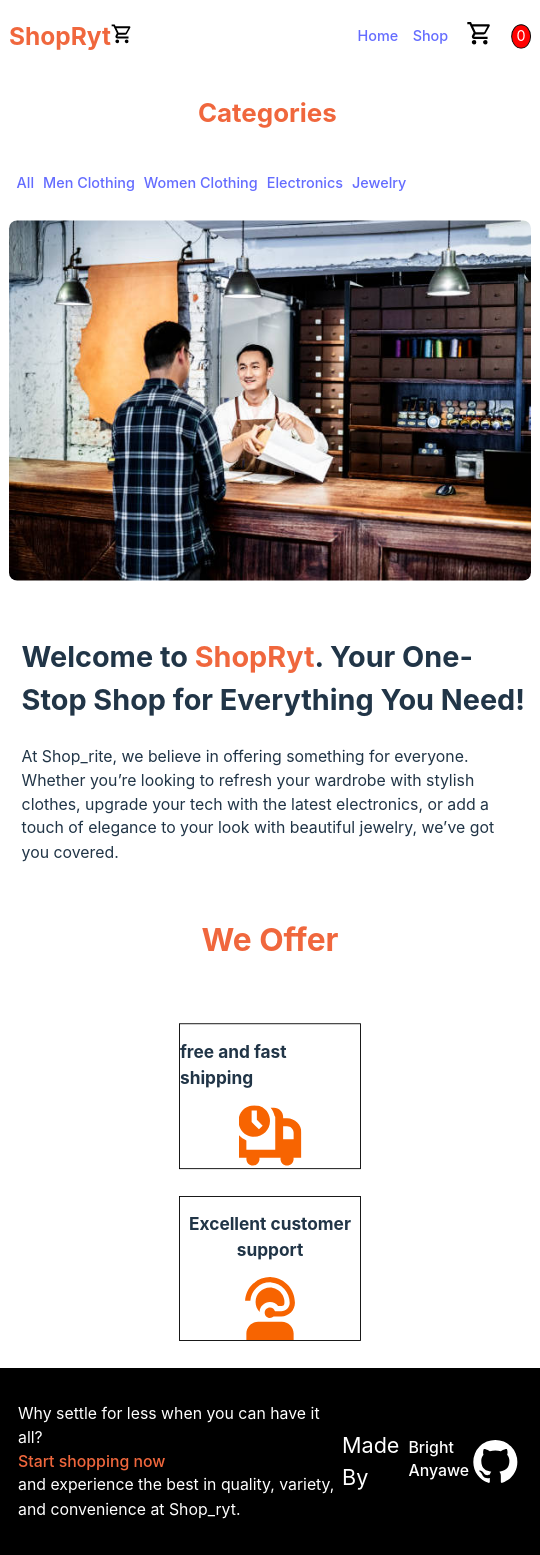
Repository: Bright-Anyawe/Shopping_cart
Page: /
The author's editor kept a copy of each file at every save. The page is drawn from the files as they stood at one save, then again after the next save.
The browser window is 600 px wide. The pictures show the whole page, at 90% of full size.
The page's requests for data from a server got no answer. The project was rebuilt for these pictures with package versions that can differ from the ones it lists, and the page was loaded fresh each time. No one was signed in, and anything a server would have sent is missing. Also part of the build but not shown: vite.config.js, src/Components/Layout/Shop.jsx, src/Components/Categories/MenClothing.jsx, src/Components/Categories/WomenClothing.jsx, src/Components/Categories/Electronics.jsx, src/Components/Categories/Jewelry.jsx, src/Components/Features/Delete.jsx, src/Components/Layout/Quantity Summery.jsx.

Above is the page before, as saved 2024-10-28 17:09:42.

### index.html
<!doctype html>
<html lang="en">
    <head>
        <meta charset="UTF-8">
        <link rel="icon" type="image/svg+xml" href="/vite.svg">
        <link rel="preconnect" href="https://fonts.googleapis.com">
        <link rel="preconnect" href="https://fonts.gstatic.com" crossorigin>
        <link href="https://fonts.googleapis.com/css2?family=Roboto:ital,wght@0,100;0,300;0,400;0,500;0,700;0,900;1,100;1,300;1,400;1,500;1,700;1,900&display=swap" rel="stylesheet">
        <meta name="viewport" content="width=device-width, initial-scale=1.0">
        <title>Vite + React</title>
    </head>
    <body>
        <div id="root"></div>
        <script type="module" src="/src/main.jsx"></script>
    </body>
</html>

### src/main.jsx
import { StrictMode } from "react";
import { createRoot } from "react-dom/client";
import { createBrowserRouter, RouterProvider } from "react-router-dom";
import routes from "./Components/Layout/Routes";
const router = createBrowserRouter(routes);
import "./Components/Styles/index.css"
import "./Components/Styles/App.css"
import './Components/Styles/layout.css'



createRoot(document.getElementById("root")).render(
  <StrictMode>
    <RouterProvider router={router} />
  </StrictMode>
);

### src/Components/Layout/Routes.jsx
import App from "./App";
import HomePage from "./Homepage.jsx";
import Shop from "./Shop.jsx";
// import About from "../Pages/About";
// import Help from "../Pages/Help";
// import Contact from "../Pages/Contact";
// import Faq from "../Pages/Faq";

import MenClothing from "../Categories/MenClothing"; // import { element } from "prop-types";
import WomenClothing from "../Categories/WomenClothing";
import Electronics from "../Categories/Electronics";
import Jewelry from "../Categories/Jewelry";
import QuantitySummery from "./Quantity Summery.jsx";

const routes = [
  {
    path: "/",
    element: <App />,
    // ErrorElement: <ErrorPage />,
    children: [
      { element: <HomePage />, index: true },
      { path: "shop", element: <Shop /> },
      { path: "menClothing", element: <MenClothing /> },
      { path: "womenClothing", element: <WomenClothing /> },
      { path: "electronics", element: <Electronics /> },
      { path: "jewelry", element: <Jewelry /> },
      { path: "quantitySummery", element: <QuantitySummery /> },
    ],
  },
];

export default routes;

### src/Components/Styles/layout.css
@media (max-width: 500px) {
  div.root-layout {
    display: grid;
    grid-template-columns: 100%;
    grid-template-rows: 80px;
  }

  #root header {
    grid-area: 1 / 1 / 2;
    /* display: grid; */
    grid-template-columns: 300px 780px;
    padding: 14px 10px;
    /* position: fixed; */
    /* gap: 0 43rem; */
    /* gap: 36rem; */
  }

  #root header h1 {
    grid-area: 1 / 1 / 2 / 2;
    font-size: 1.7rem;
  }

  nav.navLinks {
    display: flex;
    gap: 1rem;
    font-size: 1rem;
    align-items: center;
  }

  section.categoriesContainer {
    grid-row: 1 / 3;
    display: flex;
    flex-wrap: wrap;
    flex-direction: column;
    justify-content: center;
    align-items: start;
  }

  main aside {
    display: flex;
    flex-direction: column;
    flex-wrap: wrap;
    justify-content: center;
    gap: 20px;
    width: 99%;
    /* margin: 40px 0; */
  }

  nav.asideNavContainer {
    max-width: 460px;
    display: flex;
    flex-wrap: wrap;
  }

  ul.itemsContainer {
    display: flex;
    flex-wrap: wrap;
    flex-direction: row;
    justify-content: space-evenly;
    align-items: center;
    margin: 0 0 0 10px;
    font-size: 1rem;
    padding: 0;
    gap: 10px;
    max-width: 460px;
  }

  ul.itemsContainer li a {
    width: 100%;
    display: flex;
    flex-wrap: wrap;
  }

  #root header nav {
    grid-area: 1 / 2 / 2 / 3;
  }

  h1.headText svg {
    width: 25px;
  }

  div.root-layout main {
    grid-area: 2 / 1/ 9 / 4;
    display: flex;
    flex-direction: column;
    grid-template-columns: auto;
    grid-template-rows: 150px;
    gap: 20px;
  }

  div.homeHeadText {
    padding: 4px;
    width: 100%;
  }

  div.welcomePageContainer {
    display: flex;
    padding: 20px;
    flex-direction: column;
    /* background-image: url(src/assets/person_holding_red_shirt.jpg); */
  }

  div.welcomePageContainer h2 {
    font-size: 2rem;
  }

  div.welcomePageContainer p {
    font-size: 1.1rem;
  }

  div.shoppingMallPicture {
    background-image: url(../../assets/perosn_selling_to_client.jpg);
    height: 400px;
    background-size: 100% 100%;
    background-position: center;
    object-fit: contain;
    object-position: 50% 50%;
    border-radius: 9px;
    margin: 10px;
  }

  div.homePageContainer {
    max-width: 430px;
    display: flex;
    flex-direction: column;
    justify-content: center;
  }

  div.homePageImageContainer {
    width: 100%;
    height: auto;
    background-image: url("src/assets/Items_In_cart.jpg");

    background-size: 100% 100%;
    /* background-position: ; */
    background-position: center;

    object-fit: contain;
    object-position: 50% 50%;
    border-radius: 9px;
  }

  div.ourOfferContainer {
    display: flex;
    flex-direction: column;
    gap: 50px;
    /* align-items: center; */
    /* justify-content: center; */
  }

  div.ourOfferSubContainer {
    display: flex;
    flex-direction: column;
    justify-content: space-between;
    align-items: center;
    padding-inline: 100px;
    gap: 30px;
    margin: 0 0 30px 0;
  }

  h1.offerEl {
    display: flex;
    align-items: center;
    justify-content: center;
    font-size: 2.2rem;
    color: rgb(240, 103, 61);
  }

  .ourOfferContainer img {
    width: 70px;
    height: auto;
  }

  div.free-fastContainer {
    display: flex;
    flex-direction: column;
    justify-content: center;
    align-items: center;
    border: 1px solid black;
    width: 200px;
  }

  div.free-fastContainer h2 {
    font-size: 1.2rem;
  }

  div.customerServiceContainer {
    display: flex;
    flex-direction: column;
    justify-content: center;
    align-items: center;
    border: 1px solid black;
    width: 200px;
  }

  div.customerServiceContainer h2 {
    font-size: 1.2rem;
    text-align: center;
  }

  main footer p {
    font-size: 1.5rem;
  }

  div.container {
    display: flex;
    justify-content: center;
    align-items: center;
    box-shadow: 0px 0px 2px 2px black;
    width: 371px;
    padding: 10px;
    gap: 20px;
    height: 250px;
  }

  li img {
    max-width: 150px;
    max-height: 200px;
    object-fit: cover;

    object-fit: contain;
    object-position: 50% 50%;
    border-radius: 9px;
  }

  div.container h4 {
    /* display: flex; */
    max-width: 200px;
    align-items: center;
    justify-content: center;
    font-size: 1rem;
  }

  main footer :first-child {
    font-size: 1.1rem;
    max-width: 70%;
  }
}

@media (max-width: 700px) and (min-width: 501px) {
  div.root-layout {
    display: grid;
    grid-template-columns: 100%;
    grid-template-rows: 80px;
  }

  #root header {
    grid-area: 1 / 1 / 2;
    /* display: grid; */
    grid-template-columns: 300px 780px;
    padding: 14px 10px;
    /* position: fixed; */
    /* gap: 0 43rem; */
    /* gap: 36rem; */
  }

  #root header h1 {
    grid-area: 1 / 1 / 2 / 2;
    font-size: 1.7rem;
  }

  nav.navLinks {
    display: flex;
    gap: 1rem;
    font-size: 1rem;
    align-items: center;
  }

  section.categoriesContainer {
    grid-row: 1 / 3;
    display: flex;
    flex-wrap: wrap;
    flex-direction: column;
    justify-content: center;
    align-items: start;
  }

  main aside {
    display: flex;
    flex-direction: column;
    flex-wrap: wrap;
    justify-content: center;
    gap: 20px;
    width: 99%;
    /* margin: 40px 0; */
  }

  nav.asideNavContainer {
    max-width: 460px;
    display: flex;
    flex-wrap: wrap;
    justify-content: center;
  }

  ul.itemsContainer {
    display: flex;
    flex-wrap: wrap;
    flex-direction: row;
    justify-content: space-evenly;
    align-items: center;
    margin: 0 0 0 10px;
    font-size: 1rem;
    padding: 0;
    gap: 10px;
    max-width: 460px;
  }

  ul.itemsContainer li a {
    width: 100%;
    display: flex;
    flex-wrap: wrap;
  }

  #root header nav {
    grid-area: 1 / 2 / 2 / 3;
  }

  h1.headText svg {
    width: 25px;
  }

  div.root-layout main {
    grid-area: 2 / 1/ 9 / 4;
    display: flex;
    flex-direction: column;
    grid-template-columns: auto;
    grid-template-rows: 150px;
    gap: 20px;
  }

  div.homeHeadText {
    padding: 4px;
    width: 100%;
  }

  div.welcomePageContainer {
    display: flex;
    padding: 20px;
    flex-direction: column;
    /* background-image: url(src/assets/person_holding_red_shirt.jpg); */
  }

  div.welcomePageContainer h2 {
    font-size: 2rem;
  }

  div.welcomePageContainer p {
    font-size: 1.1rem;
  }

  div.shoppingMallPicture {
    background-image: url(../../assets/perosn_selling_to_client.jpg);
    height: 400px;
    background-size: 100% 100%;
    background-position: center;
    object-fit: contain;
    object-position: 50% 50%;
    border-radius: 9px;
    margin: 10px;
  }

  div.homePageContainer {
    /* max-width: 430px; */
    display: flex;
    flex-direction: column;
    justify-content: center;
  }

  div.homePageImageContainer {
    width: 100%;
    height: auto;
    background-image: url("src/assets/Items_In_cart.jpg");

    background-size: 100% 100%;
    /* background-position: ; */
    background-position: center;

    object-fit: contain;
    object-position: 50% 50%;
    border-radius: 9px;
  }

  div.ourOfferContainer {
    display: flex;
    flex-direction: column;
    gap: 50px;
    /* align-items: center; */
    /* justify-content: center; */
  }

  div.ourOfferSubContainer {
    display: flex;
    flex-direction: column;
    justify-content: space-between;
    align-items: center;
    padding-inline: 100px;
    gap: 30px;
    margin: 0 0 30px 0;
  }

  h1.offerEl {
    display: flex;
    align-items: center;
    justify-content: center;
    font-size: 2.2rem;
    color: rgb(240, 103, 61);
  }

  .ourOfferContainer img {
    width: 70px;
    height: auto;
  }

  div.free-fastContainer {
    display: flex;
    flex-direction: column;
    justify-content: center;
    align-items: center;
    border: 1px solid black;
    width: 200px;
  }

  div.free-fastContainer h2 {
    font-size: 1.2rem;
  }

  div.customerServiceContainer {
    display: flex;
    flex-direction: column;
    justify-content: center;
    align-items: center;
    border: 1px solid black;
    width: 200px;
  }

  div.customerServiceContainer h2 {
    font-size: 1.2rem;
    text-align: center;
  }

  main footer p {
    font-size: 1.5rem;
  }

  div.container {
    display: flex;
    justify-content: center;
    align-items: center;
    box-shadow: 0px 0px 2px 2px black;
    width: 371px;
    padding: 10px;
    gap: 20px;
    height: 250px;
  }

  li img {
    max-width: 150px;
    max-height: 200px;
    object-fit: cover;

    object-fit: contain;
    object-position: 50% 50%;
    border-radius: 9px;
  }

  div.container h4 {
    /* display: flex; */
    max-width: 200px;
    align-items: center;
    justify-content: center;
    font-size: 1rem;
  }

  main footer :first-child {
    font-size: 1.1rem;
    max-width: 70%;
  }
}

@media (max-width: 1120px) and (min-width: 800px) {
  div.root-layout {
    display: grid;
    grid-template-columns: 100%;
    grid-template-rows: 80px;
  }

  #root header {
    grid-area: 1 / 1 / 2;
    /* display: grid; */
    grid-template-columns: 300px 780px;
    /* position: fixed; */
    /* gap: 0 43rem; */
    /* gap: 36rem; */
  }

  #root header h1 {
    grid-area: 1 / 1 / 2 / 2;
  }

  #root header nav {
    grid-area: 1 / 2 / 2 / 3;
  }

  main {
    grid-area: 2 / 1/ 9 / 4;
  }

  div.homeHeadText {
    padding: 4px;
    width: 50%;
  }

  div.welcomePageContainer h2 {
    font-size: 2rem;
  }

  div.welcomePageContainer p {
    font-size: 1.1rem;
  }

  /* div.welcomePageContainer img {
    width: 100%;
    height: auto;
    min-width: 100px;
    min-height: 0;
    object-fit: cover;
  } */

  div.homePageImageContainer {
    width: 100%;
    height: auto;
    background-image: url("src/assets/Items_In_cart.jpg");

    background-size: 100% 100%;
    /* background-position: ; */
    background-position: center;

    object-fit: contain;
    object-position: 50% 50%;
    border-radius: 9px;
  }

  div.ourOfferContainer {
    display: flex;
    flex-direction: column;
    gap: 50px;
    /* align-items: center; */
    /* justify-content: center; */
  }

  div.ourOfferSubContainer {
    display: flex;
    justify-content: space-between;
    padding-inline: 100px;
    margin: 0 0 30px 0;
  }

  h1.offerEl {
    display: flex;
    align-items: center;
    justify-content: center;
    font-size: 2.2rem;
    color: rgb(240, 103, 61);
  }

  .ourOfferContainer img {
    width: 70px;
    height: auto;
  }

  div.free-fastContainer {
    display: flex;
    flex-direction: column;
    justify-content: center;
    align-items: center;
    border: 1px solid black;
    width: 200px;
  }

  div.free-fastContainer h2 {
    font-size: 1.2rem;
  }

  div.customerServiceContainer {
    display: flex;
    flex-direction: column;
    justify-content: center;
    align-items: center;
    border: 1px solid black;
    width: 200px;
  }

  div.customerServiceContainer h2 {
    font-size: 1.2rem;
    text-align: center;
  }

  main footer p {
    font-size: 1.5rem;
  }

  div.container {
    display: flex;
    justify-content: center;
    align-items: center;
    box-shadow: 0px 0px 2px 2px black;
    width: 371px;
    padding: 10px;
    gap: 20px;
    height: 250px;
  }

  li img {
    max-width: 150px;
    max-height: 200px;
    object-fit: cover;

    object-fit: contain;
    object-position: 50% 50%;
    border-radius: 9px;
  }

  div.container h4 {
    /* display: flex; */
    max-width: 200px;
    align-items: center;
    justify-content: center;
    font-size: 1rem;
  }
}

.shopText {
  color: rgb(240, 103, 61);
}

.shopLink {
  color: rgb(240, 103, 61);
}

.root-layout {
  /* display: grid; */
  grid-template-columns: 100%;
  grid-template-rows: 60px;
}

header {
  grid-area: 1 / 1 / 2;
  /* display: grid; */
  display: flex;
  justify-content: space-between;
  align-items: center;
  padding: 14px 35px;

  /* gap: 0 43rem; */
  /* gap: 36rem; */
}

header h1 {
  grid-area: 1 / 1 / 2 / 2;
}

header nav {
  grid-area: 1 / 2 / 2 / 3;
}

main {
  grid-area: 2 / 1/ 9 / 4;
  display: grid;
  grid-template-columns: auto;
  grid-template-rows: 80px;
  gap: 20px;
}

.categoriesContainer {
  grid-row: 1 / 2;
  display: flex;
  flex-direction: column;
  justify-content: center;
  align-items: center;
}

.shopProductContainer {
  grid-row: 2 / 9;
}

aside {
  display: flex;
  flex-direction: column;
  justify-content: center;
  gap: 20px;
  width: 82%;
}

aside h2 {
  display: flex;
  justify-content: center;
  font-size: 1.8rem;
}

.ourOfferSubContainer {
  display: flex;
  justify-content: space-between;
  padding-inline: 100px;
  margin: 0 0 30px 0;
}

.itemsContainer {
  display: flex;
  flex-direction: row;
  justify-content: space-evenly;
  align-items: center;
  margin: 0 0 0 40px;
  font-size: 1.3rem;
  padding: 0;
  gap: 20px;
}

.itemsContainer li a {
  width: 150px;
}

.itemNotSelected {
  text-align: center;
  font-size: 1.5rem;
}

.menProductContainer,
.womenProductContainer,
.electronicsProductContainer,
.jewelryContainer {
  display: flex;
  flex-wrap: wrap;
  gap: 20px;
}

.homeHeadText {
  padding: 4px;
  width: 60%;
}

.homePageImageContainer {
  width: 100%;
  height: auto;
  background-image: url("src/assets/Items_In_cart.jpg");
  background-size: 100% 100%;
  /* background-position: ; */
  background-position: center;

  object-fit: contain;
  object-position: 50% 50%;
  border-radius: 9px;
}

.creator {
  display: flex;
  align-items: center;
  gap: 10px;
}

footer {
  background-color: black;
  display: flex;
  align-items: center;
  justify-content: space-between;
  padding: 20px;
}

footer a {
  color: white;
}

footer a:hover {
  color: white;
}

footer :first-child {
  font-size: 1.3rem;
  max-width: 70%;
}

footer :last-child {
  display: flex;
  width: 200px;
}

footer svg {
  fill: white;
}

footer p {
  color: white;
}

### src/Components/Layout/App.jsx
import { createContext } from "react";
import { Header } from "./Header";
import { useState } from "react";
import { Outlet } from "react-router-dom";
import { SideBar } from "./SideBar";

export const QuantityContext = createContext(null);
export const QtySummeryContext = createContext([]);

export default function App() {
  const [quantityCount, setQuantityCount] = useState(0);
  const [quantity, setQuantity] = useState({});
  const [qtySummery, setSummery] = useState([]);
  const [qtySummeryObject, setQuantitySummeryObject] = useState({
    productUrl: "",
    productTitle: '',
    productPrice: "",
    QtySelected: "",
    qtySubTotal: "",
  });

  return (
    <>
      <div className="root-layout">
        <QuantityContext.Provider
          value={{ quantityCount, setQuantityCount, quantity, setQuantity }}
        >
          <QtySummeryContext.Provider
            value={{
              qtySummery,
              setSummery,
              qtySummeryObject,
              setQuantitySummeryObject,
            }}
          >
            <Header />
            <main>
              <SideBar />

              <Outlet />
            </main>
          </QtySummeryContext.Provider>
        </QuantityContext.Provider>
      </div>
    </>
  );
}

### src/Components/Layout/Homepage.jsx
// import { Link, NavLink } from "react-router-dom";

import { NavLink } from "react-router-dom";

const HomePage = () => {
  return (
    <>
      <div className="homePageContainer">
        <div className="shoppingMallPicture"></div>

        <div className="welcomePageContainer">
          <div className="homeHeadText">
            <h2>
              Welcome to <span className="shopText">ShopRyt</span>. Your
              One-Stop Shop for Everything You Need!
            </h2>

            <p>
              At Shop_rite, we believe in offering something for everyone.
              Whether you’re looking to refresh your wardrobe with stylish
              clothes, upgrade your tech with the latest electronics, or add a
              touch of elegance to your look with beautiful jewelry, we’ve got
              you covered.
            </p>
          </div>

          <div className="homePageImageContainer">
            {/* <img
              src="src/assets/excited-african-woman-holding-shopping-bags-mobile-phone_.avif"
              alt=""
            /> */}
          </div>
        </div>

        <div className="ourOfferContainer">
          <h1 className="offerEl">We Offer</h1>

          <div className="ourOfferSubContainer">
            <div className="free-fastContainer">
              <h2>free and fast shipping</h2>
              <img
                src="data:[embedded picture, 928 characters]"
                alt=""
              />
            </div>

            <div className="customerServiceContainer">
              <h2>Excellent customer support</h2>
              <img
                src="data:[embedded picture, 948 characters]"
                alt=""
              />
            </div>
          </div>
        </div>

        <footer>
          <p>
            {" "}
            Why settle for less when you can have it all?{" "}
            <NavLink to="shop" className="shopLink">
              Start shopping now
            </NavLink>{" "}
            and experience the best in quality, variety, and convenience at
            Shop_ryt.
          </p>

          <p className="creator">
            Made By{" "}
            <NavLink>
              Bright Anyawe{" "}
              <svg xmlns="http://www.w3.org/2000/svg" viewBox="0 0 24 24">
                <title>github</title>
                <path d="M12,2A10,10 0 0,0 2,12C2,16.42 4.87,20.17 8.84,21.5C9.34,21.58 9.5,21.27 9.5,21C9.5,20.77 9.5,20.14 9.5,19.31C6.73,19.91 6.14,17.97 6.14,17.97C5.68,16.81 5.03,16.5 5.03,16.5C4.12,15.88 5.1,15.9 5.1,15.9C6.1,15.97 6.63,16.93 6.63,16.93C7.5,18.45 8.97,18 9.54,17.76C9.63,17.11 9.89,16.67 10.17,16.42C7.95,16.17 5.62,15.31 5.62,11.5C5.62,10.39 6,9.5 6.65,8.79C6.55,8.54 6.2,7.5 6.75,6.15C6.75,6.15 7.59,5.88 9.5,7.17C10.29,6.95 11.15,6.84 12,6.84C12.85,6.84 13.71,6.95 14.5,7.17C16.41,5.88 17.25,6.15 17.25,6.15C17.8,7.5 17.45,8.54 17.35,8.79C18,9.5 18.38,10.39 18.38,11.5C18.38,15.32 16.04,16.16 13.81,16.41C14.17,16.72 14.5,17.33 14.5,18.26C14.5,19.6 14.5,20.68 14.5,21C14.5,21.27 14.66,21.59 15.17,21.5C19.14,20.16 22,16.42 22,12A10,10 0 0,0 12,2Z" />
              </svg>
            </NavLink>
          </p>
        </footer>
      </div>
    </>
  );
};
export default HomePage;

### src/Components/Layout/Header.jsx
import { NavLink } from "react-router-dom";

import { useContext } from "react";
// import QuantityContext from "./Components/Layout/App.jsx";
import { QuantityContext } from "./App";

export function Header() {

  const { quantityCount } = useContext(QuantityContext);

  let prevScrollPos = window.scrollY;
  window.onscroll = function () {
    let currentScrollPos = window.scrollY;


    if (prevScrollPos > currentScrollPos) {
      document.querySelector(".headerContainer").style.top = "25px";
    } else {
      document.querySelector(".headerContainer").style.top = "-80px";
    }
    prevScrollPos = currentScrollPos;
  };

  return (
    <>
      <header className="headerContainer">
        <h1 className="headText">
          <span className="shopText">ShopRyt</span>
          <svg xmlns="http://www.w3.org/2000/svg" viewBox="0 0 24 24">
            <title>cart-outline</title>
            <path d="M17,18A2,2 0 0,1 19,20A2,2 0 0,1 17,22C15.89,22 15,21.1 15,20C15,18.89 15.89,18 17,18M1,2H4.27L5.21,4H20A1,1 0 0,1 21,5C21,5.17 20.95,5.34 20.88,5.5L17.3,11.97C16.96,12.58 16.3,13 15.55,13H8.1L7.2,14.63L7.17,14.75A0.25,0.25 0 0,0 7.42,15H19V17H7C5.89,17 5,16.1 5,15C5,14.65 5.09,14.32 5.24,14.04L6.6,11.59L3,4H1V2M7,18A2,2 0 0,1 9,20A2,2 0 0,1 7,22C5.89,22 5,21.1 5,20C5,18.89 5.89,18 7,18M16,11L18.78,6H6.14L8.5,11H16Z" />
          </svg>
        </h1>
        <nav className="navLinks">
          <NavLink to="/">Home</NavLink>
          <div className="shopCartContainer">
            <NavLink to="shop">Shop</NavLink>
            <NavLink to="quantitySummery">
              <svg xmlns="http://www.w3.org/2000/svg" viewBox="0 0 24 24">
                <title>cart-outline</title>
                <path d="M17,18A2,2 0 0,1 19,20A2,2 0 0,1 17,22C15.89,22 15,21.1 15,20C15,18.89 15.89,18 17,18M1,2H4.27L5.21,4H20A1,1 0 0,1 21,5C21,5.17 20.95,5.34 20.88,5.5L17.3,11.97C16.96,12.58 16.3,13 15.55,13H8.1L7.2,14.63L7.17,14.75A0.25,0.25 0 0,0 7.42,15H19V17H7C5.89,17 5,16.1 5,15C5,14.65 5.09,14.32 5.24,14.04L6.6,11.59L3,4H1V2M7,18A2,2 0 0,1 9,20A2,2 0 0,1 7,22C5.89,22 5,21.1 5,20C5,18.89 5.89,18 7,18M16,11L18.78,6H6.14L8.5,11H16Z" />
              </svg>
            </NavLink>
            <span className="cartNumber">{quantityCount}</span>
          </div>
          {/* <NavLink to="help">
            <span className="checkout">checkout</span>
          </NavLink>
          <NavLink to="about">About</NavLink> */}
        </nav>
      </header>
    </>
  );
}

### src/Components/Layout/SideBar.jsx
import { NavLink } from "react-router-dom";
import { useShopProduct } from "./GetShopProduct";

export const SideBar = () => {
  const { loading } = useShopProduct();

  return (
    <>
      {loading ? null : (
        <section className="categoriesContainer">
          <aside>
            <h2 className="shopText">Categories</h2>

            <nav className="asideNavContainer">
              <ul className="itemsContainer">
                <li>
                  <NavLink to="shop">All</NavLink>
                </li>

                <li>
                  {" "}
                  <NavLink to="menClothing">Men Clothing</NavLink>
                </li>
                <li>
                  {" "}
                  <NavLink to="womenClothing">Women Clothing</NavLink>
                </li>
                <li>
                  {" "}
                  <NavLink to="electronics">Electronics</NavLink>
                </li>
                <li>
                  {" "}
                  <NavLink to="jewelry">Jewelry</NavLink>
                </li>
              </ul>{" "}
            </nav>
          </aside>
        </section>
      )}
    </>
  );
};

Loaded but not shown: src/index.css (common file); src/Components/Layout/GetShopProduct.js (33 lines, source omitted); src/Components/Styles/App.css (319 lines, source omitted)

After the next save:
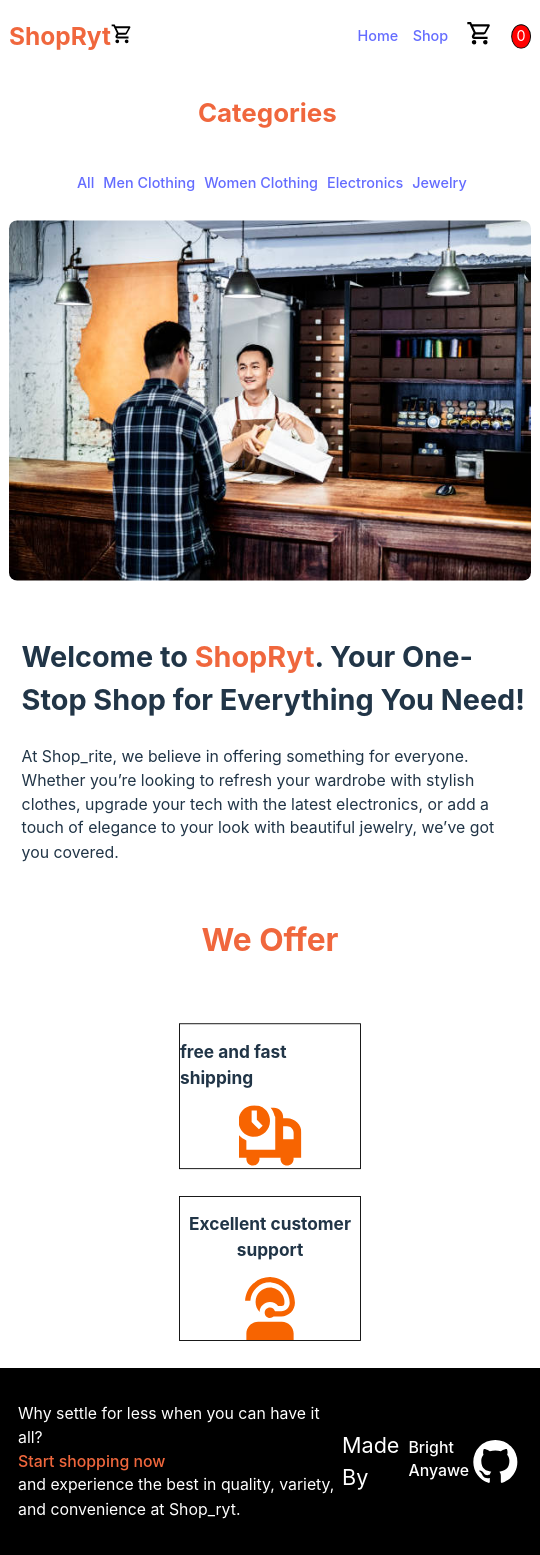
Saved 7 s later.
--- a/src/Components/Styles/layout.css
+++ b/src/Components/Styles/layout.css
@@ -286,7 +286,7 @@
   }
 
   nav.asideNavContainer {
-    max-width: 460px;
+    /* max-width: 460px; */
     display: flex;
     flex-wrap: wrap;
     justify-content: center;
